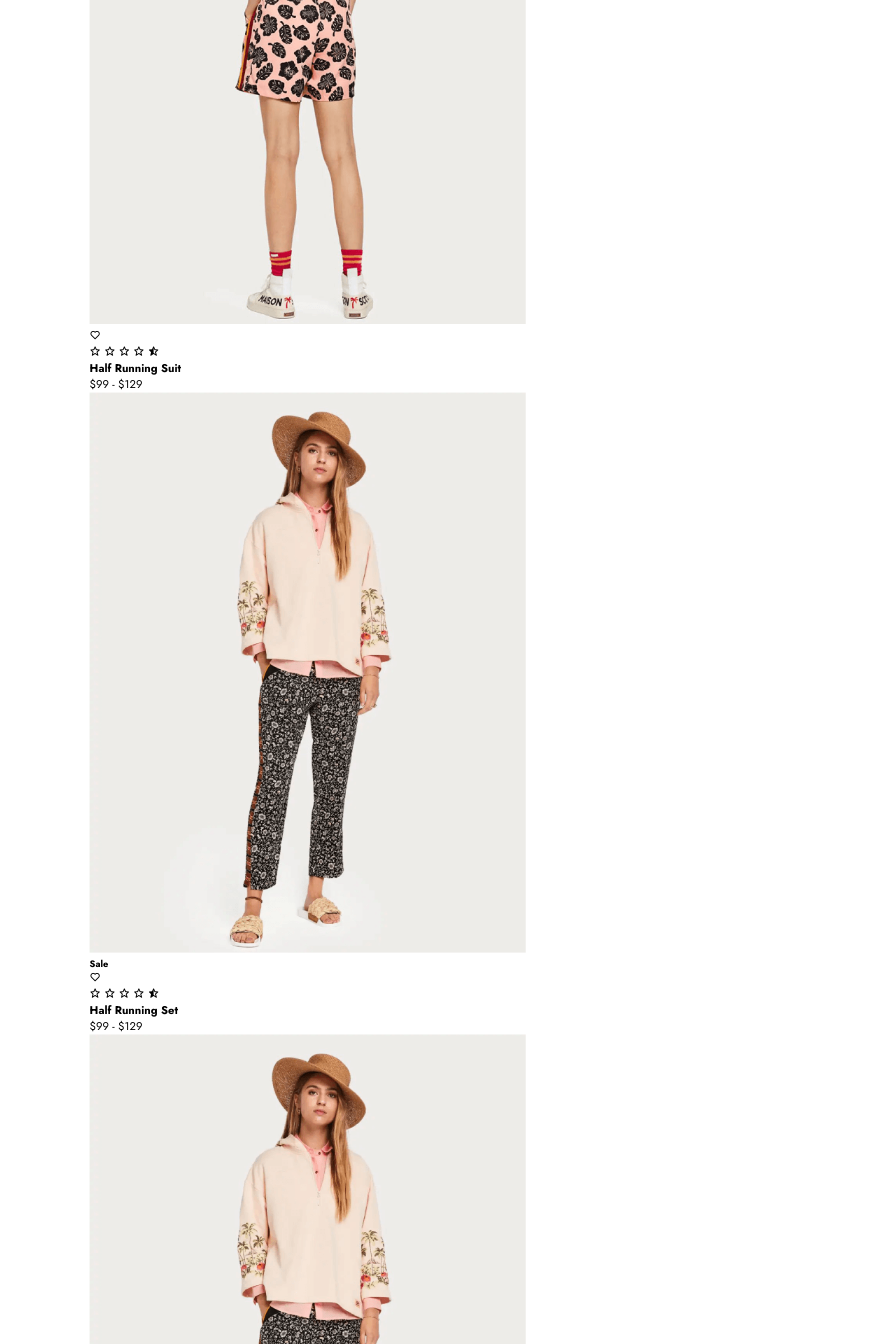
Repository: isaacCodes1/Kumo-Website.
Page: index.html
The author's editor kept a copy of each file at every save. The page is drawn from the files as they stood at one save, then again after the next save.
The browser window is 1280 px wide. The pictures show the part of the page from y = 3907 to 5827 px (the page is 9117 px tall), at 70% of full size.

Above is the page before, as saved 2024-03-22 13:27:24.

### index.html
<!DOCTYPE html>
<html lang="en">
  <head>
    <meta charset="UTF-8" />
    <meta http-equiv="X-UA-Compatible" content="IE=edge" />
    <meta name="viewport" content="width=device-width, initial-scale=1.0" />
    <!-- CSS Custom Link -->
    <link rel="stylesheet" href="style.css" />
    <link rel="preconnect" href="https://fonts.googleapis.com" />
    <link rel="preconnect" href="https://fonts.gstatic.com" crossorigin />
    <link
      href="https://fonts.googleapis.com/css2?family=Bricolage+Grotesque:opsz,wght@12..96,200..800&family=Jost:ital,wght@0,100..900;1,100..900&family=Montserrat:ital,wght@0,100..900;1,100..900&family=Poppins:ital,wght@0,100;0,200;0,300;0,400;0,500;0,600;0,700;0,800;0,900;1,100;1,200;1,300;1,400;1,500;1,600;1,700;1,800;1,900&display=swap"
      rel="stylesheet"
    />
    <link
      rel="stylesheet"
      href="https://cdnjs.cloudflare.com/ajax/libs/font-awesome/6.5.1/css/all.min.css"
      integrity="sha512-DTOQO9RWCH3ppGqcWaEA1BIZOC6xxalwEsw9c2QQeAIftl+Vegovlnee1c9QX4TctnWMn13TZye+giMm8e2LwA=="
      crossorigin="anonymous"
      referrerpolicy="no-referrer"
    />
    <link
      rel="stylesheet"
      href="https://unpkg.com/boxicons@latest/css/boxicons.min.css"
    />

    <title>My fashion Website.</title>
  </head>
  <body>
    <header>
      <a href="#" class="logo"><img src="Assets/logo.png" alt="" /></a>
      <ul class="navmenu">
        <li><a href="#">Home</a></li>
        <li><a href="#">Shop</a></li>
        <li><a href="#">Products</a></li>
        <li><a href="#">Page</a></li>
        <li><a href="#">Docs</a></li>
        <li><a href="#">FAQ's</a></li>
      </ul>
      <div class="nav-icon">
        <a href="#"><i class="bx bx-search"></i></a>
        <a href="#"><i class="bx bx-user"></i></a>
        <a href="#"><i class="bx bx-cart"></i></a>
        <div class="bx bx-menu" id="menu-icon"></div>
      </div>
    </header>
    <section class="main-home">
      <div class="main-text">
        <h5>Winter Collection</h5>
        <h1>New Winter <br />Collection 2024</h1>
        <p>There's Nothing like Trend...</p>
        <a href="#" class="main-btn"
          >Shop Now<i class="bx bx-right-arrow-alt"></i
        ></a>
      </div>
      <div class="down-arrow">
        <a href="#trending" class="down"
          ><i class="bx bx-down-arrow-alt"></i
        ></a>
      </div>
    </section>
    <!-- <trending-products-section-->
        <section class="trending-product"id="trending">
            <div class="center-text">
                <h2>Our Trending <span>Products</span></h2>
            </div>
            <div class="products">
                <div class="row">
                    <img src="/Assets/1.jpg" alt="">
                    <div class="product-text">
                        <h5>Sale</h5>
                    </div>
                    <div class="heart-icon">
                        <i class='bx bx-heart' ></i>
                    </div>
                    <div class="ratting">
                        <i class='bx bx-star' ></i>
                        <i class='bx bx-star' ></i>
                        <i class='bx bx-star' ></i>
                        <i class='bx bx-star' ></i>
                        <i class='bx bxs-star-half' ></i>
                    </div>
                    <div class="price">
                        <h4>Half Running Set</h4>
                        <p>$99 - $129</p>
                    </div>
                </div>
                <div class="row">
                    <img src="/Assets/1.jpg" alt="">
                    <div class="product-text">
                        <h5>Sale</h5>
                    </div>
                    <div class="heart-icon">
                        <i class='bx bx-heart' ></i>
                    </div>
                    <div class="ratting">
                        <i class='bx bx-star' ></i>
                        <i class='bx bx-star' ></i>
                        <i class='bx bx-star' ></i>
                        <i class='bx bx-star' ></i>
                        <i class='bx bxs-star-half' ></i>
                    </div>
                    <div class="price">
                        <h4>Half Running Set</h4>
                        <p>$99 - $129</p>
                    </div>
                </div>
                <div class="row">
                    <img src="/Assets/2.jpg" alt="">
                    <div class="product-text">
                        <h5>New</h5>
                    </div>
                    <div class="heart-icon">
                        <i class='bx bx-heart' ></i>
                    </div>
                    <div class="ratting">
                        <i class='bx bx-star' ></i>
                        <i class='bx bx-star' ></i>
                        <i class='bx bx-star' ></i>
                        <i class='bx bx-star' ></i>
                        <i class='bx bxs-star-half' ></i>
                    </div>
                    <div class="price">
                        <h4>Formal Men Lowers</h4>
                        <p>$99 - $129</p>
                    </div>
                </div>
                <div class="row">
                    <img src="/Assets/3.jpg" alt="">
                    <div class="heart-icon">
                        <i class='bx bx-heart' ></i>
                    </div>
                    <div class="ratting">
                        <i class='bx bx-star' ></i>
                        <i class='bx bx-star' ></i>
                        <i class='bx bx-star' ></i>
                        <i class='bx bx-star' ></i>
                        <i class='bx bxs-star-half' ></i>
                    </div>
                    <div class="price">
                        <h4>Half Running Suit</h4>
                        <p>$99 - $129</p>
                    </div>
                </div>
                <div class="row">
                    <img src="/Assets/1.jpg" alt="">
                    <div class="product-text">
                        <h5>Sale</h5>
                    </div>
                    <div class="heart-icon">
                        <i class='bx bx-heart' ></i>
                    </div>
                    <div class="ratting">
                        <i class='bx bx-star' ></i>
                        <i class='bx bx-star' ></i>
                        <i class='bx bx-star' ></i>
                        <i class='bx bx-star' ></i>
                        <i class='bx bxs-star-half' ></i>
                    </div>
                    <div class="price">
                        <h4>Half Running Set</h4>
                        <p>$99 - $129</p>
                    </div>
                </div>
                <div class="row">
                    <img src="/Assets/1.jpg" alt="">
                    <div class="product-text">
                        <h5>Sale</h5>
                    </div>
                    <div class="heart-icon">
                        <i class='bx bx-heart' ></i>
                    </div>
                    <div class="ratting">
                        <i class='bx bx-star' ></i>
                        <i class='bx bx-star' ></i>
                        <i class='bx bx-star' ></i>
                        <i class='bx bx-star' ></i>
                        <i class='bx bxs-star-half' ></i>
                    </div>
                    <div class="price">
                        <h4>Half Running Set</h4>
                        <p>$99 - $129</p>
                    </div>
                </div>
                <div class="row">
                    <img src="/Assets/1.jpg" alt="">
                    <div class="product-text">
                        <h5>Sale</h5>
                    </div>
                    <div class="heart-icon">
                        <i class='bx bx-heart' ></i>
                    </div>
                    <div class="ratting">
                        <i class='bx bx-star' ></i>
                        <i class='bx bx-star' ></i>
                        <i class='bx bx-star' ></i>
                        <i class='bx bx-star' ></i>
                        <i class='bx bxs-star-half' ></i>
                    </div>
                    <div class="price">
                        <h4>Half Running Set</h4>
                        <p>$99 - $129</p>
                    </div>
                </div>
                <div class="row">
                    <img src="/Assets/1.jpg" alt="">
                    <div class="product-text">
                        <h5>Sale</h5>
                    </div>
                    <div class="heart-icon">
                        <i class='bx bx-heart' ></i>
                    </div>
                    <div class="ratting">
                        <i class='bx bx-star' ></i>
                        <i class='bx bx-star' ></i>
                        <i class='bx bx-star' ></i>
                        <i class='bx bx-star' ></i>
                        <i class='bx bxs-star-half' ></i>
                    </div>
                    <div class="price">
                        <h4>Half Running Set</h4>
                        <p>$99 - $129</p>
                    </div>
                </div>
                <div class="row">
                    <img src="/Assets/1.jpg" alt="">
                    <div class="product-text">
                        <h5>Sale</h5>
                    </div>
                    <div class="heart-icon">
                        <i class='bx bx-heart' ></i>
                    </div>
                    <div class="ratting">
                        <i class='bx bx-star' ></i>
                        <i class='bx bx-star' ></i>
                        <i class='bx bx-star' ></i>
                        <i class='bx bx-star' ></i>
                        <i class='bx bxs-star-half' ></i>
                    </div>
                    <div class="price">
                        <h4>Half Running Set</h4>
                        <p>$99 - $129</p>
                    </div>
                </div>
            </div>
        </section>
  </body>
</html>

### style.css
* {
  margin: 0;
  padding: 0;
  box-sizing: border-box;
  scroll-behavior: smooth;
  font-family: "Jost", sans-serif;
  list-style-type: none;
  text-decoration: none;
}
header {
  position: fixed;
  width: 100%;
  top: 0;
  right: 0;
  z-index: 1000;
  display: flex;
  align-items: center;
  justify-content: space-between;
  padding: 20px 10%;
}
.logo img {
  max-width: 120px;
  height: auto;
}
.navmenu {
  display: flex;
}
.navmenu li :hover {
  background: #000;
}
.navmenu a {
  color: #2c2c2c;
  font-size: 16px;
  text-transform: capitalize;
  padding: 10px 20px;
  font-weight: 400;
  transition: all 0.42s ease;
}
.navmenu a:hover {
  color: #ee1c47;
}
.nav-icon {
  display: flex;
  align-items: center;
}
.nav-icon i {
  margin-right: 20px;
  color: #2c2c2c;
  font-size: 25px;
  font-weight: 400;
  transition: all 0.42s ease;
}
.nav-icon i:hover {
  transform: scale(1.05);
  color: #ee1c47;
}
#menu-icon {
  font-size: 35px;
  color: #2c2c2c;
  z-index: 10001;
  cursor: pointer;
}
section {
  padding: 5% 10%;
}
.main-home {
  width: 100%;
  height: 100vh;
  background-image: url(Assets/banner-3.png);
  background-position: center;
  background-size: cover;
  display: grid;
  grid-template-columns: repeat(1, 1fr);
  align-items: center;
}
.main-text h5 {
  color: #ee1c47;
  font-size: 16px;

  text-transform: capitalize;
  font-weight: 500;
}
.main-text h1 {
  color: #000;
  font-size: 65px;
  text-transform: capitalize;
  line-height: 1.1;
  font-weight: 600;
  margin: 6px 0 10px;
}
.main-text p{
    color: #333c56;
    font-size: 20px;
    font-style: italic;
    margin-bottom: 20px;
}
.main-btn{
    display: inline-block;
    color: #111;
    font-size: 16px;
    font-weight: 500;
    text-transform: capitalize;
    border: 2px solid#111;
    padding: 12px 25px;
    transition: all .42s ease;
}
.main-btn:hover{
    background: #000;
    color: #fff;
}
.main-btn i{
    vertical-align: middle;
}
.down-arrow{
    position: absolute;
    top: 85%;
    right: 11%;
}
.down i{
    font-size: 30px;
    color: #2c2c2c;
    border: 2px solid #2c2c2c;
    border-radius: 50px;
    padding: 12px 12px;
}
.down i:hover{
    background: #2c2c2c;
    color:#fff;
    transition: all .42s ease;
}

After the next save:
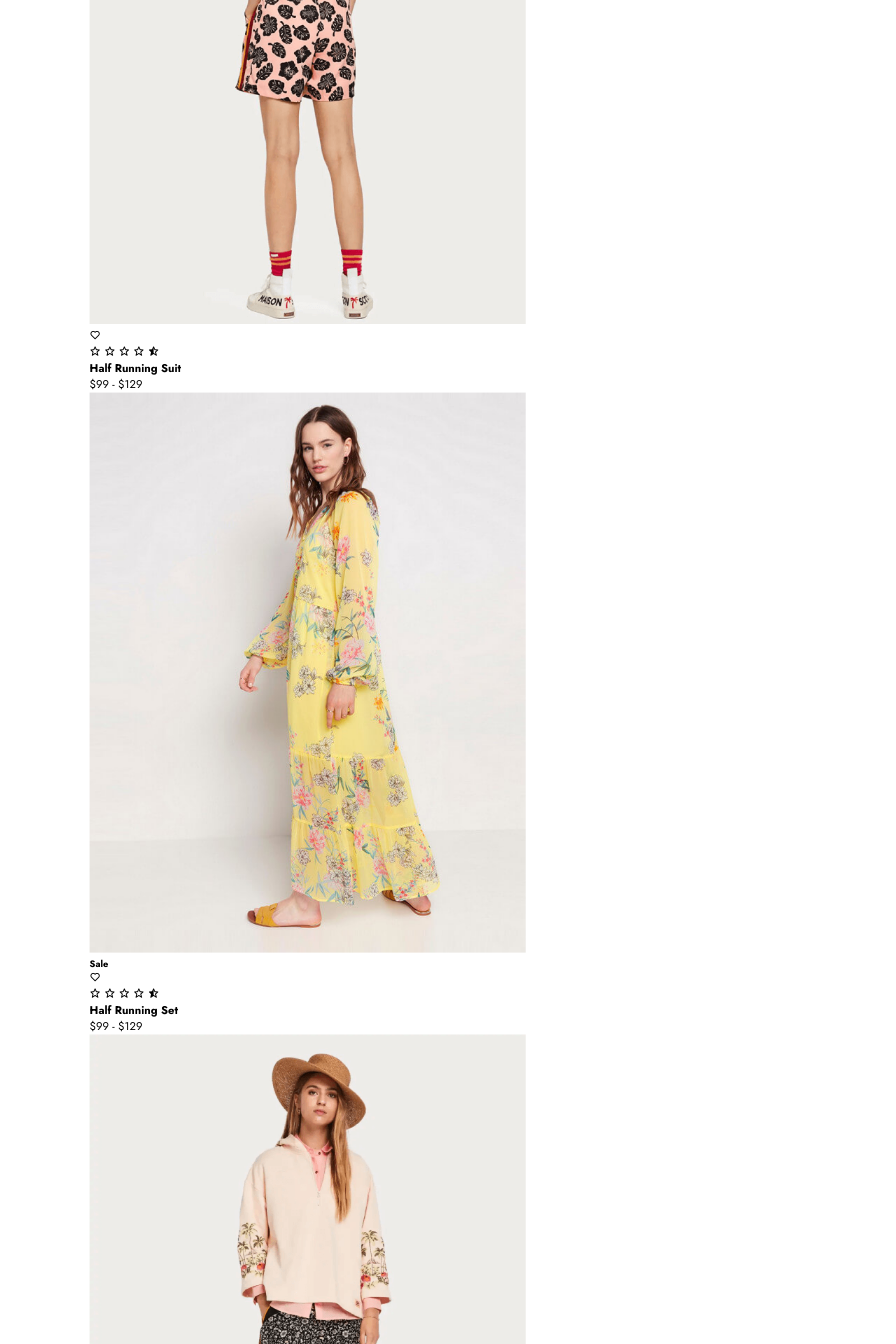
Saved 14 s later.
--- a/index.html
+++ b/index.html
@@ -143,7 +143,7 @@
                     </div>
                 </div>
                 <div class="row">
-                    <img src="/Assets/1.jpg" alt="">
+                    <img src="/Assets/4.jpg" alt="">
                     <div class="product-text">
                         <h5>Sale</h5>
                     </div>
